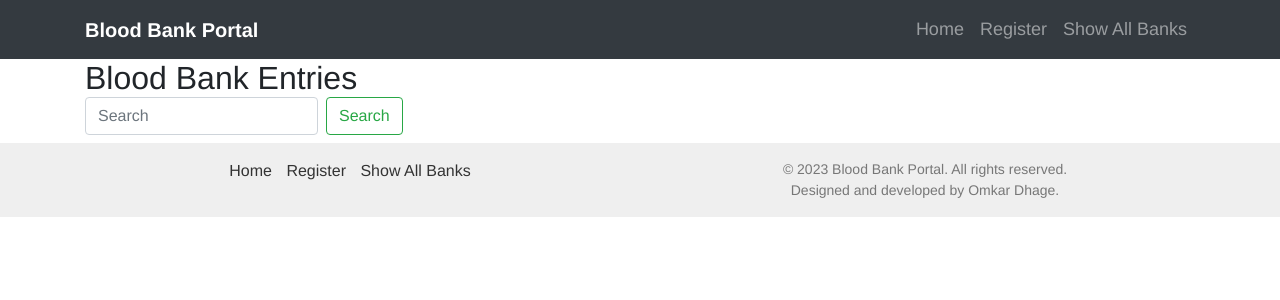
Repository: omi4535/Decentralized_Blood_Bank_System
Page: http://localhost/blood_bank_system/banks
These files come from the project's save history. The page is drawn as it stood at one moment and after the next save; the edit follows.
The browser window is 1280 px wide. The pictures show the whole page.
Some web libraries are served in a nearby version. The page is served by Tomcat 9. Other server files are loaded and not shown. Queries for data that is not in the repository find no rows.

Above is the page before, as saved 2023-07-03 15:41:15.

### blood bank system/src/main/webapp/All_banks.jsp
<%@ page language="java" contentType="text/html; charset=UTF-8"
	pageEncoding="UTF-8"%>
<%@ taglib prefix="c" uri="http://java.sun.com/jsp/jstl/core"%>
<%@ taglib prefix="fmt" uri="http://java.sun.com/jsp/jstl/fmt"%>
<!DOCTYPE html>
<html lang="en">
<head>
<meta charset="UTF-8">
<meta name="viewport" content="width=device-width, initial-scale=1.0">
<title>Blood Bank Entries</title>
<link rel="stylesheet"
	href="https://maxcdn.bootstrapcdn.com/bootstrap/4.5.2/css/bootstrap.min.css">
</head>
<style>
.card{
	background-color:black;
}

</style>
<body>
	<%@ include file="NavBar.jsp"%>
	<div class="container">
	<h2>
	 <div class=" navbar-collapse" >
		Blood Bank Entries
		<form class="form-inline my-2 my-lg-0">
      <input class="form-control mr-sm-2" type="search" placeholder="Search" aria-label="Search">
      <button class="btn btn-outline-success my-2 my-sm-0" type="submit">Search</button>
    </form>
    </h2>
    </div>
		<div class="container">
			<c:forEach items="${bloodBanks}" var="bloodBank">
				<div class="row" style="padding=10px;">
					<div class="col">
						<div class="card blood-bank-card border-danger mb-3">
							 <div class="card-header">
								<h2 class="card-title">Name : ${bloodBank.name}</h2>
								</div>
								<div class="card-body text-danger">
								<p class="card-text">Address : ${bloodBank.address}</p>
								<p class="card-text">Region : ${bloodBank.region}</p>
								<p class="card-text">Contact : ${bloodBank.contactNumber}</p>
								<p class="card-text">Email: ${bloodBank.email}</p>
							</div>
						</div>
					</div>
					<!-- Repeat the above code for each blood bank -->
				</div>
			</c:forEach>
		</div>

		<!--  <table class="table table-bordered">

            <tbody>
                <c:forEach items="${bloodBanks}" var="bloodBank">
                    <tr>
                        <td>${bloodBank.name}</td>
                        <td>${bloodBank.address}</td>
                        <td>${bloodBank.region}</td>
                        <td>${bloodBank.contactNumber}</td>
                        <td>${bloodBank.email}</td>
                    </tr>
                </c:forEach>
            </tbody>
        </table>-->
	</div>
	<%@ include file="footer.jsp"%>
	<script src="https://code.jquery.com/jquery-3.5.1.slim.min.js"></script>
	<script
		src="https://cdn.jsdelivr.net/npm/@popperjs/core@1.16.0/dist/umd/popper.min.js"></script>
	<script
		src="https://maxcdn.bootstrapcdn.com/bootstrap/4.5.2/js/bootstrap.min.js"></script>
</body>
</html>

### blood bank system/src/main/webapp/NavBar.jsp
<%@ page language="java" contentType="text/html; charset=UTF-8"
    pageEncoding="UTF-8"%>
<!DOCTYPE html>
<html>
<head>
    <meta charset="UTF-8">
    <meta name="viewport" content="width=device-width, initial-scale=1.0">
    <title>Blood Bank Portal</title>
    <link rel="stylesheet" href="https://maxcdn.bootstrapcdn.com/bootstrap/4.5.2/css/bootstrap.min.css">
    <style>
        .navbar-brand {
            font-weight: bold;
        }

        .navbar-nav .nav-link {
            font-size: 18px;
        }
    </style>
</head>
<body>
    <nav class="navbar navbar-expand-lg navbar-dark bg-dark">
        <div class="container">
            <a class="navbar-brand" href="index.jsp">Blood Bank Portal</a>
            <button class="navbar-toggler" type="button" data-toggle="collapse" data-target="#navbarNav" aria-controls="navbarNav" aria-expanded="false" aria-label="Toggle navigation">
                <span class="navbar-toggler-icon"></span>
            </button>
            <div class="collapse navbar-collapse" id="navbarNav">
                <ul class="navbar-nav ml-auto">
                    <li class="nav-item">
                        <a class="nav-link" href="#">Home</a>
                    </li>
                    <li class="nav-item">
                        <a class="nav-link" href="registration.jsp">Register</a>
                    </li>
                    <li class="nav-item">
                        <a class="nav-link" href="/all_banks">Show All Banks</a>
                    </li>
                </ul>

            </div>
        </div>
    </nav>

</body>
</html>

### blood bank system/src/main/webapp/footer.jsp
<%@ page language="java" contentType="text/html; charset=UTF-8"
	pageEncoding="UTF-8"%>
<!DOCTYPE html>
<html lang="en">
<head>
<meta charset="UTF-8">
<meta name="viewport" content="width=device-width, initial-scale=1.0">
<title>Blood Bank Portal</title>
<link rel="stylesheet"
	href="https://maxcdn.bootstrapcdn.com/bootstrap/4.5.2/css/bootstrap.min.css">
<style>

*,
*:before,
*:after {
  -webkit-box-sizing: border-box;
  -moz-box-sizing:    border-box;
  box-sizing:         border-box;
}

html {
  height: 100%;
}

body {
  position: relative;
  margin: 0;
  padding-bottom: 4rem;
  min-height: 100%;
  font-family: "Helvetica Neue", Arial, sans-serif;
}

.footer {
	background-color: #f8f9fa;
	padding: 20px;
	position: relative;
	right: 0;
	bottom: 0;
	left: 0;
	padding: 1rem;
	background-color: #efefef;
	text-align: center;
}

.footer-links a {
	color: #333;
	margin-right: 10px;
}

.footer-info {
	color: #777;
	font-size: 14px;
}
</style>
</head>
<body>


	<footer class="footer">
		<div class="container">
			<div class="row">
				<div class="col-md-6">
					<div class="footer-links">
						<a href="index.jsp">Home</a> <a href="registration.jsp">Register</a>
						<a href="All_banks.jsp">Show All Banks</a>
					</div>
				</div>
				<div class="col-md-6">
					<div class="footer-info">
						&copy; 2023 Blood Bank Portal. All rights reserved. <br>
						Designed and developed by Omkar Dhage.
					</div>
				</div>
			</div>
		</div>
	</footer>

	<script src="https://code.jquery.com/jquery-3.5.1.slim.min.js"></script>
	<script
		src="https://cdn.jsdelivr.net/npm/@popperjs/core@1.16.0/dist/umd/popper.min.js"></script>
	<script
		src="https://maxcdn.bootstrapcdn.com/bootstrap/4.5.2/js/bootstrap.min.js"></script>
</body>
</html>

### blood bank system/src/main/java/com/blood_bank_system/servlets/all_banks.java
package com.blood_bank_system.servlets;

import java.io.IOException;
import java.util.*;
import com.blood_bank_system.DAO.*;

import javax.servlet.RequestDispatcher;
import javax.servlet.ServletException;
import javax.servlet.annotation.WebServlet;
import javax.servlet.http.HttpServlet;
import javax.servlet.http.HttpServletRequest;
import javax.servlet.http.HttpServletResponse;
import javax.servlet.http.HttpSession;

import com.blood_bank_system.tables.blood_bank;

/**
 * Servlet implementation class all_banks
 */
@WebServlet("/banks")
public class all_banks extends HttpServlet {
	private static final long serialVersionUID = 1L;

	protected void service(HttpServletRequest request, HttpServletResponse response) throws ServletException, IOException {
		List<blood_bank> bank= new ArrayList<>();
		BloodBankDAO dao = new BloodBankDAO();
		try {
			bank = dao.getAllBloodBanks();
		} catch (ClassNotFoundException e) {
			// TODO Auto-generated catch block
			System.out.print("here is exception");
			e.printStackTrace();
		}
		HttpSession session = request.getSession();
		session.setAttribute("bloodBanks", bank);
		RequestDispatcher ds = request.getRequestDispatcher("All_banks.jsp");
		ds.forward(request, response);
	}

}

After the next save:
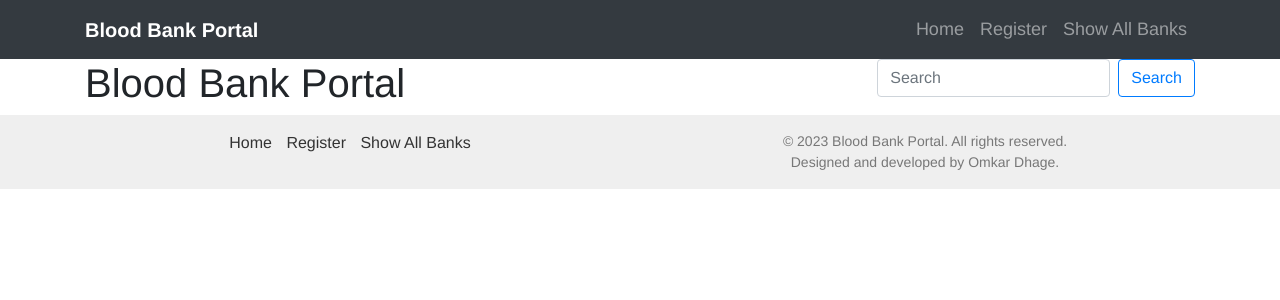
Saved 69 s later.
--- a/blood bank system/src/main/webapp/All_banks.jsp
+++ b/blood bank system/src/main/webapp/All_banks.jsp
@@ -19,16 +19,20 @@
 </style>
 <body>
 	<%@ include file="NavBar.jsp"%>
-	<div class="container">
-	<h2>
-	 <div class=" navbar-collapse" >
-		Blood Bank Entries
-		<form class="form-inline my-2 my-lg-0">
-      <input class="form-control mr-sm-2" type="search" placeholder="Search" aria-label="Search">
-      <button class="btn btn-outline-success my-2 my-sm-0" type="submit">Search</button>
-    </form>
-    </h2>
+	 <div class="container">
+        <div class="row">
+            <div class="col-md-6">
+                <h1>Blood Bank Portal</h1>
+            </div>
+            <div class="col-md-6">
+                <form class="form-inline float-right">
+                    <input class="form-control mr-sm-2" type="search" placeholder="Search" aria-label="Search">
+                    <button class="btn btn-outline-primary my-2 my-sm-0" type="submit">Search</button>
+                </form>
+            </div>
+        </div>
     </div>
+
 		<div class="container">
 			<c:forEach items="${bloodBanks}" var="bloodBank">
 				<div class="row" style="padding=10px;">
